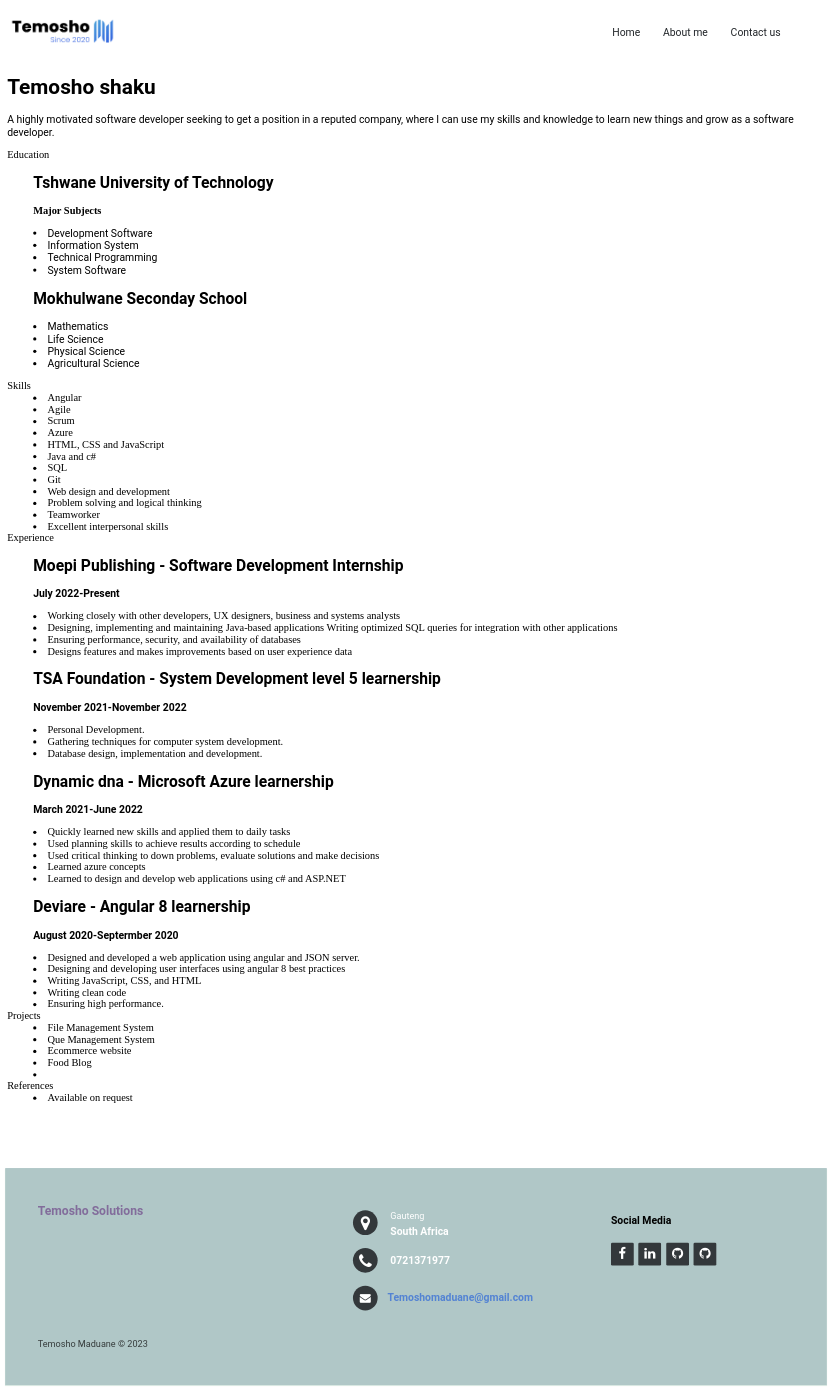
Repository: TemoshoS/T-Shaku
Page: about.html
The author's editor kept a copy of each file at every save. The page is drawn from the files as they stood at one save, then again after the next save.
The browser window is 1280 px wide. The pictures show the whole page, at 65% of full size.
Pictures or frames that could not be fetched are drawn as grey boxes. Some web libraries are served in a nearby version.

Above is the page before, as saved 2023-09-28 14:20:58.

### about.html
<!DOCTYPE html>
<html>
<head>
    <title>
        about me
    </title>
    <link rel="stylesheet" href="http://maxcdn.bootstrapcdn.com/font-awesome/4.2.0/css/font-awesome.min.css">
    <link href="http://fonts.googleapis.com/css?family=Cookie" rel="stylesheet" type="text/css">
	  <link rel="stylesheet" href="./css/style.css">



</head>
<body>
    <header>
        <div>
          <table style="width: 100%;">
            <tr>
              <td>
                <a href="index.html">
                  <img src="./images/logo.png" alt="No Logo" style="height: 50px;"/>
                </a>
              </td>
              <td align="right">
                <nav
                  style=" margin-right: 50px; margin-top: 16px; margin-bottom: 16px;margin-left: 50px;"
                >
                <ul >
                    <a href="index.html"  class="nav-link">Home</a>
                    <a href="about.html" class="nav-link">About me</a>
                    <a href="contact.html" class="nav-link">Contact us</a>
                </ul>
                </nav>
              </td>
            </tr>
          </table>
        </div>
    </header>



 <main>

  <table style="width: 100%;">
    <tr>
      <td>


        <h1 id="name"><b ></b></h1>

        <p id="bio"></p>


          <div class="clear"></div>

          <dl>
              <dt id="education"></dt>
              <dd>
                  <h2 id="school"></h2>
                  <b id="major"></b>
                  <p id="modules"></p>
              </dd>


              <dd>
                  <h2 id="secondary"></h2>
                  <p id="subjects"></p>
              </dd>



              <dt id="skill"></dt>
              <dd id="skills">
              </dd>



              <dt id="experience"></dt>
              <dd id="experiences"></dd>



              <dt id="project"></dt>
              <dd id="unfinishedprojects">

              </dd>

              <dt id="reference"></dt>
              <dd id="reference1"></dd>


          </dl>



      </div>
      </td>
    </tr>
  </table>
  </main>
  <footer class="footer-distributed">
    <div class="footer-left">

        <h3><span>Temosho Solutions</span></h3>
        <p class="footer-links">
          <iframe src="https://www.google.com/maps/embed?pb=!1m18!1m12!1m3!1d57373.12731923028!2d28.183328280934226!3d-26.00669819115315!2m3!1f0!2f0!3f0!3m2!1i1024!2i768!4f13.1!3m3!1m2!1s0x1e956bed9ab01b69%3A0xc853e498933bab2e!2sTembisa%2C%201632!5e0!3m2!1sen!2sza!4v1676883111483!5m2!1sen!2sza"  width="300" height="150" style="border:0;" allowfullscreen="" loping="lazy"></iframe>


        </p>


        <p class="footer-portfolio-name">Temosho Maduane &copy; 2023</p>
    </div>

    <div class="footer-center">

        <div>
            <i class="fa fa-map-marker"></i>
            <p><span>Gauteng</span>South Africa</p>
        </div>
        <div>
            <i class="fa fa-phone"></i>
            <p>0721371977</p>
        </p>

        </div>
        <div>

            <p><a href="temoshomaduane@gmail.com"><i class="fa fa-envelope"></i>Temoshomaduane@gmail.com</a>
            </p>
        </div>
    </div>

    <div class="footer-right">
            <p >
                Social Media
            </p>

            <div class="footer-icons">
                <a href="https://m.facebook.com/temosho.shaku"><i class="fa fa-facebook"></i></a>
                <a href="https://www.linkedin.com/mwlite/in/temosho-shaku-a2598917b"><i class="fa fa-linkedin"></i></a>
                <a href="https://github.com/TemoshoS"><i class="fa fa-github"></i></a>
                <a href="https://api.whatsapp.com/send?phone=27 721371977"><i class="fa fa-github"></i></a>

            </div>

    </div>
</footer>
<script src="./javascript/about.js"></script>
</body>
</html>

### css/style.css
/*Navigation bar*/
.nav-link {
	text-decoration: none;
	display: inline-block;
	padding: 13px 13px;
	color: #212529;
	margin-right: 5px;
  }

  .nav-link:hover {
	text-decoration:none;
	border-bottom: 2px solid #84e7ee;
  }


@import url("https://fonts.googleapis.com/css2?family=Roboto:wght@100&display=swap");
h1,
h2,
h3,
h4,
h5,
h6,
p,
a,
label,
address,
input {
	font-family: "Roboto", sans-serif;
}

/*button*/

.buttonmore {
	padding: 0.6em 2em;
	border: none;
	outline: none;
	color: rgb(255, 255, 255);
	cursor: pointer;
	position: relative;
	z-index: 0;
	border-radius: 10px;
	user-select: none;
	-webkit-user-select: none;
	touch-action: manipulation;
  }

  .buttonmore:before {
	content: "";
	background: linear-gradient(
	  45deg,
	  #ff0000,
	  #ff7300,
	  #fffb00,
	  #48ff00,
	  #00ffd5,
	  #002bff,
	  #7a00ff,
	  #ff00c8,
	  #ff0000
	);
	position: absolute;
	top: -2px;
	left: -2px;
	background-size: 400%;
	z-index: -1;
	filter: blur(5px);
	-webkit-filter: blur(5px);
	width: calc(100% + 4px);
	height: calc(100% + 4px);
	animation: glowing-button-85 20s linear infinite;
	transition: opacity 0.3s ease-in-out;
	border-radius: 10px;
  }

  @keyframes glowing-button-85 {
	0% {
	  background-position: 0 0;
	}
	50% {
	  background-position: 400% 0;
	}
	100% {
	  background-position: 0 0;
	}
  }

  .buttonmore:after {
	z-index: -1;
	content: "";
	position: absolute;
	width: 100%;
	height: 100%;
	background: #b0c7c7;
	left: 0;
	top: 0;
	border-radius: 10px;
  }
/*Contact form*/
.contactform {


	border-radius: 5px;
	background-color: #f2f2f2;
	padding: 20px;
	width: 400px;
	margin-left: auto;
	margin-right: auto;

}



.footer-distributed{
	background-color: #b0c7c7;
	box-shadow: 0 1px 1px 0 rgba(5, 110, 52, 0.12);
	box-sizing: border-box;
	width: 100%;
	text-align: left;
	font: bold 16px sans-serif;

	padding: 55px 50px;
	margin-top: 80px;
}

.footer-distributed .footer-left,
.footer-distributed .footer-center,
.footer-distributed .footer-right{
	display: inline-block;
	vertical-align: top;
}

.footer-distributed .footer-left{
	width: 40%;
}

.footer-distributed h3{
	color:  #ffffff;

	margin: 0;
}

.footer-distributed h3 span{
	color:  #826c9b;
}


.footer-distributed .footer-links{
	color:  #ffffff;
	margin: 20px 0 12px;
	padding: 0;
}

.footer-distributed .footer-links a{
	display:inline-block;
	line-height: 1.8;
	text-decoration: none;
	color:  inherit;
}

.footer-distributed .footer-portfolio-name{
	color:  #373d3d;
	font-size: 14px;
	font-weight: normal;
	margin: 0;
}


.footer-distributed .footer-center{
	width: 35%;
}

.footer-distributed .footer-center i{
	background-color:  #33383b;
	color: #ffffff;
	font-size: 25px;
	width: 38px;
	height: 38px;
	border-radius: 50%;
	text-align: center;
	line-height: 42px;
	margin: 10px 15px;
	vertical-align: middle;
}

.footer-distributed .footer-center i.fa-envelope{
	font-size: 17px;
	line-height: 38px;
}

.footer-distributed .footer-center p{
	display: inline-block;
	color: #ffffff;
	vertical-align: middle;
	margin:0;
}

.footer-distributed .footer-center p span{
	display:block;
	font-weight: normal;
	font-size:14px;
	line-height:2;
}

.footer-distributed .footer-center p a{
	color:  #5383d3;
	text-decoration: none;;
}

.footer-distributed .footer-right{
	width: 20%;
}

.footer-distributed .footer-portfolio-about{
	line-height: 20px;
	color:  #92999f;
	font-size: 13px;
	font-weight: normal;
	margin: 0;
}

.footer-distributed .footer-portfolio-about span{
	display: block;
	color:  #ffffff;
	font-size: 14px;
	font-weight: bold;
	margin-bottom: 20px;
}

.footer-distributed .footer-icons{
	margin-top: 25px;
}

.footer-distributed .footer-icons a{
	display: inline-block;
	width: 35px;
	height: 35px;
	cursor: pointer;
	background-color:  #33383b;
	border-radius: 2px;

	font-size: 20px;
	color: #ffffff;
	text-align: center;
	line-height: 35px;

	margin-right: 3px;
	margin-bottom: 5px;
}


@media (max-width: 880px) {

	.footer-distributed{
		font: bold 14px sans-serif;

	}

	.footer-distributed .footer-left,
	.footer-distributed .footer-center,
	.footer-distributed .footer-right{
		display: block;
		width: 100%;
		margin-bottom: 40px;
		text-align: center;
	}

	.footer-distributed .footer-center i{
		margin-left: 0;
	}


}

### javascript/about.js
document.getElementById("name").innerHTML = "Temosho shaku";

document.getElementById("bio").innerHTML = "A highly motivated software developer seeking to get a position in a reputed company, where I can use my skills and knowledge to learn new things and grow as a software developer.";

document.getElementById("education").innerHTML = "Education";

document.getElementById("school").innerHTML = "Tshwane University of Technology";
document.getElementById("major").innerHTML = "Major Subjects";
document.getElementById("modules").innerHTML = "<li>Development Software </li><li> Information System </li><li> Technical Programming </li><li> System Software";

document.getElementById("secondary").innerHTML = "Mokhulwane Seconday School";
document.getElementById("subjects").innerHTML = "<li>Mathematics</li><li>Life Science </li><li> Physical Science </li><li> Agricultural Science";


document.getElementById("skill").innerHTML = "Skills";
document.getElementById("skills").innerHTML = "<li>Angular</li> <li>Agile</li><li>Scrum</li><li>Azure</li> <li>HTML, CSS and JavaScript</li> <li>Java and c#</li> <li>SQL</li> <li>Git</li><li>Web design and development</li> <li>Problem solving and logical thinking</li> <li>Teamworker</li> <li>Excellent interpersonal skills</li>";

document.getElementById("experience").innerHTML = "Experience";
document.getElementById("experiences").innerHTML = "<h2>Moepi Publishing - Software Development Internship</h2><p><b>July 2022-Present</b></p><li>Working closely with other developers, UX designers, business and systems analysts</li><li>Designing, implementing and maintaining Java-based applications Writing optimized SQL queries for integration with other applications</li><li>Ensuring performance, security, and availability of databases</li><li>Designs features and makes improvements based on user experience data</li><h2>TSA Foundation - System Development level 5 learnership</h2><p><b>November 2021-November 2022</b></p><li>Personal Development.</li><li>Gathering techniques for computer system development.</li><li>Database design, implementation and development.</li><h2>Dynamic dna - Microsoft Azure learnership</h2><p><b>March 2021-June 2022</b></p><li>Quickly learned new skills and applied them to daily tasks</li><li>Used planning skills to achieve results according to schedule</li><li>Used critical thinking to down problems, evaluate solutions and make decisions</li><li>Learned azure concepts</li><li>Learned to design and develop web applications using c# and ASP.NET</li><h2>Deviare - Angular 8 learnership</h2><p><b>August 2020-Septermber 2020</b></p><li>Designed and developed a web application using angular and JSON server.</li><li>Designing and developing user interfaces using angular 8 best practices</li><li>Writing JavaScript, CSS, and HTML</li><li>Writing clean code</li><li>Ensuring high performance.</li>";


document.getElementById("project").innerHTML = "Projects";



document.getElementById("unfinishedprojects").innerHTML = "<li> File Management System</li><li> Que Management System </><li> Ecommerce website</li><li> Food Blog</li><li> </li>";


document.getElementById("reference").innerHTML = "References";
document.getElementById("reference1").innerHTML = "<li>Available on request</li>";

After the next save:
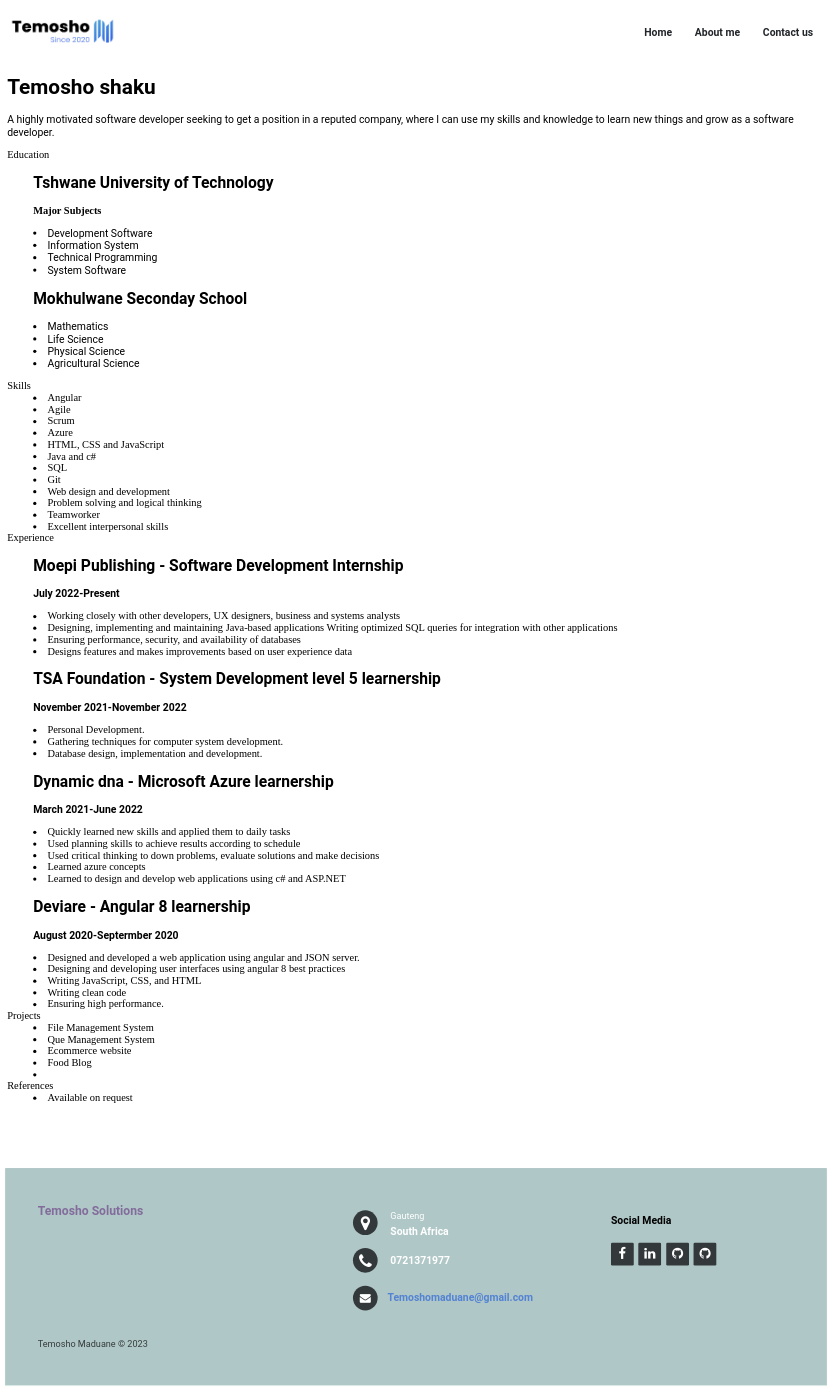
Saved 10 s later.
--- a/about.html
+++ b/about.html
@@ -12,30 +12,29 @@
 
 </head>
 <body>
-    <header>
-        <div>
-          <table style="width: 100%;">
-            <tr>
-              <td>
-                <a href="index.html">
-                  <img src="./images/logo.png" alt="No Logo" style="height: 50px;"/>
-                </a>
-              </td>
-              <td align="right">
-                <nav
-                  style=" margin-right: 50px; margin-top: 16px; margin-bottom: 16px;margin-left: 50px;"
-                >
-                <ul >
-                    <a href="index.html"  class="nav-link">Home</a>
-                    <a href="about.html" class="nav-link">About me</a>
-                    <a href="contact.html" class="nav-link">Contact us</a>
-                </ul>
-                </nav>
-              </td>
-            </tr>
-          </table>
-        </div>
-    </header>
+  <head>
+    <div>
+      <table style="width: 100%;">
+        <tr>
+          <td>
+            <a href="index.html">
+              <img src="./images/logo.png" style="height: 50px;" alt="No logo" />
+            </a>
+          </td>
+          <td align="right">
+            <nav  >
+
+              <ul >
+                  <a href="index.html" class="nav-link" ><b>Home</b></a>
+                  <a href="about.html" class="nav-link"><b>About me</b></a>
+                  <a href="contact.html" class="nav-link"><b>Contact us</b></a>
+              </ul>
+            </nav>
+          </td>
+        </tr>
+      </table>
+    </div>
+  </head>
 
 
 
